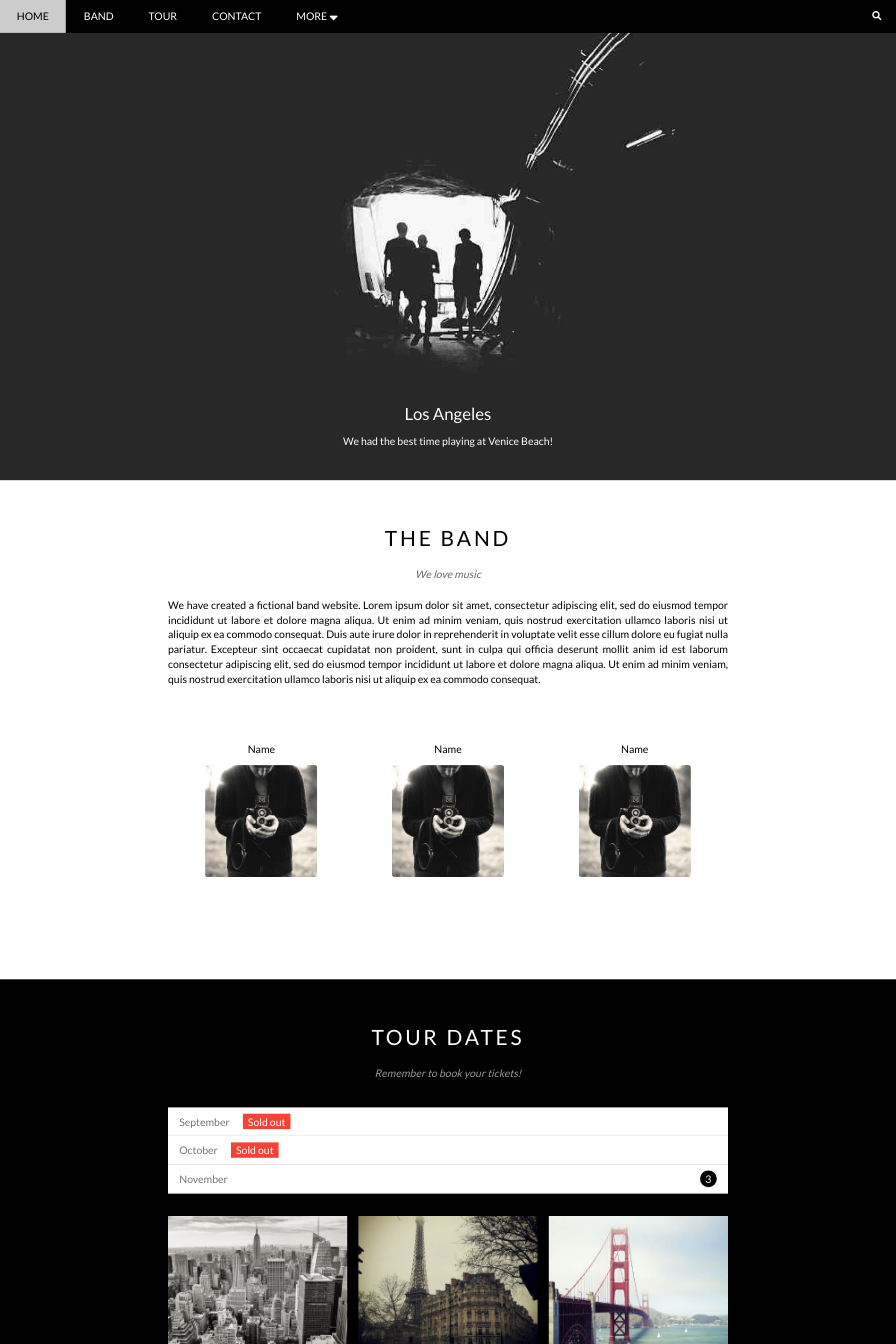
Repository: nguyenthaicong265/w3-band
Page: index.html
An editor plug-in stored every save of this project. The page is shown before and after the next save, followed by the edit.
The browser window is 1280 px wide. The pictures show the part of the page from y = 0 to 1920 px (the page is 3612 px tall before and 2956 px after), at 70% of full size.

Above is the page before, as saved 2022-01-05 01:43:25.

### index.html
<!DOCTYPE html>
<html lang="en">
<head>
    <meta charset="UTF-8">
    <meta http-equiv="X-UA-Compatible" content="IE=edge">
    <meta name="viewport" content="width=device-width, initial-scale=1.0">
    <title>The band</title>
    <link rel="stylesheet" href="./assets/css/styles.css">
    <link rel="stylesheet" href="https://fonts.googleapis.com/css?family=Lato">
    <link rel="stylesheet" href="./assets/font/themify-icons-font/themify-icons/themify-icons.css">
    <link rel="stylesheet" href="./assets/font/fontawesome-free-5.15.4-web/css/all.css">
</head>
<body>
    <div id="main">
        <div id="header">
            <ul id="nav">
                <li><a href="">Home</a></li>
                <li><a href="">Band</a></li>
                <li><a href="">Tour</a></li>
                <li><a href="">Contact</a></li>
                <li>
                    <a href="#">
                        More
                        <i class="fas fa-sort-down"></i>
                    </a>
                    <ul class="subnav">
                        <li><a href="#">Merchandise</a></li>
                        <li><a href="#">Extras</a></li>
                        <li><a href="#">Media</a></li>
                    </ul>
                </li>
            </ul>
            <div class="search-button">
                <i class="fas fa-search text-white"></i>
            </div>
        </div>

        <div id="slider">
            <div class="text-content text-white">
                <h2 class="text-head">Los Angeles
                </h2>
                <div class="text-description">We had the best time playing at Venice Beach!
                </div>
            </div>
        </div>

        <div id="content">
            <!-- About-section -->
            <div id="band" class="band-section">
                <div class="content-section">
                    <h2 class="section-heading">
                    THE BAND
                    </h2>
                    <p class="section-sub-heading">
                    We love music
                    </p>
                    <p class="about-text">We have created a fictional band website. Lorem ipsum dolor sit amet, consectetur adipiscing elit, sed do eiusmod tempor incididunt ut labore et dolore magna aliqua. Ut enim ad minim veniam, quis nostrud exercitation ullamco laboris nisi ut aliquip ex ea commodo consequat. Duis aute irure dolor in reprehenderit in voluptate velit esse cillum dolore eu fugiat nulla pariatur. Excepteur sint occaecat cupidatat non proident, sunt in culpa qui officia deserunt mollit anim id est laborum consectetur adipiscing elit, sed do eiusmod tempor incididunt ut labore et dolore magna aliqua. Ut enim ad minim veniam, quis nostrud exercitation ullamco laboris nisi ut aliquip ex ea commodo consequat.
                    </p>

                    <!-- Member -->
                    <div class="members-list">
                        <div class="member-item">
                            <p class="member-name">Name</p>
                            <img src="./assets/img/band/member1.jpg" alt="Name" class="member-avatar">
                        </div>

                        <div class="member-item">
                            <p class="member-name">Name</p>
                            <img src="./assets/img/band/member1.jpg" alt="Name" class="member-avatar">
                        </div>

                        <div class="member-item">
                            <p class="member-name">Name</p>
                            <img src="./assets/img/band/member1.jpg" alt="Name" class="member-avatar">
                        </div>
                    </div>
                </div>
            </div>

            <!-- Tour-section -->
            <div id="tour" class="tour-section">
                <div class="content-section">
                    <h2 class="section-heading text-white">
                    TOUR DATES
                    </h2>
                    <p class="section-sub-heading text-white">
                    Remember to book your tickets!
                    </p>

                    <!-- Tickets  -->
                    <ul class="tickets-list">
                        <li>September <span class="sold-out text-white">Sold out</span></li>
                        <li>October <span class="sold-out text-white">Sold out</span></li>
                        <li>November <span class="quantity text-white">3</span></li>
                    </ul>

                    <!-- Places -->
                    <div class="row places-list">
                        <div class="col col-third">
                            <img src="./assets/img/places/newyork.jpg" alt="New York" class="place-img">
                            <div class="place-body">
                                <h3 class="place-heading">
                                    New York
                                </h3>
                                <p class="place-time">
                                    Fri 27 Nov 2016
                                </p>
                                <p class="place-dsc">
                                    Praesent tincidunt sed tellus ut rutrum sed vitae justo.
                                </p>
                                <button class="btn js-buy-ticket">Buy Tickets</button>
                            </div>
                        </div>

                        <div class="col col-third">
                            <img src="./assets/img/places/paris.jpg" alt="Paris" class="place-img">
                            <div class="place-body">
                                <h3 class="place-heading">
                                    Paris
                                </h3>
                                <p class="place-time">
                                    Sat 28 Nov 2016
                                </p>
                                <p class="place-dsc">
                                    Praesent tincidunt sed tellus ut rutrum sed vitae justo.
                                </p>
                                <button class="btn js-buy-ticket">Buy Tickets</button>
                            </div>
                        </div>

                        <div class="col col-third">
                            <img src="./assets/img/places/sanfran.jpg" alt="San Francisco" class="place-img">
                            <div class="place-body">
                                <h3 class="place-heading">
                                    San Francisco
                                </h3>
                                <p class="place-time">
                                    Sun 29 Nov 2016
                                </p>
                                <p class="place-dsc">
                                    Praesent tincidunt sed tellus ut rutrum sed vitae justo.
                                </p>
                                <button class="btn js-buy-ticket">Buy Tickets</button>
                            </div>
                        </div>
                    </div>
                </div>
            </div>

            <!-- Begin: Contact-section -->
            <div id="contact" class="content-section">
                <h2 class="section-heading">
                CONTACT</h2>
                <p class="section-sub-heading">
                Fan? Drop a note!</p>
                <div class="row contact-content">
                    <div class="col col-half contact-info">
                        <p><i class="fas fa-map-marker-alt"></i>Chicago, US</p>
                        <p><i class="fas fa-phone-alt"></i>Phone: +00 151515</p>
                        <p><i class="fas fa-envelope"></i>Email: mail@mail.com</p>
                    </div>
                    <div class="col col-half contact-form">
                        <form action="">
                            <div class="row mt-8">
                                <div class="col col-half">
                                    <input type="text" name="" required placeholder="Name" id="" class="form-control">
                                </div>
                                <div class="col col-half">
                                    <input type="email" name="" required placeholder="Email" id="" class="form-control">
                                </div>
                            </div>
                            <div class="row mt-8">
                                <div class="col col-full">
                                    <input type="text" name="" required placeholder="Message" id="" class="form-control">
                                </div>
                            </div>
                            <input class="btn pull-right mt-16" type="submit" value="SEND">
                        </form>
                    </div>
                </div>
            </div>
            <!-- End: Contact-section -->


            <div class="map-section">
                <img src="./assets/img/map.jpg" alt="Map">
            </div>
        </div>

        <div id="footer">
            <div class="socials-list">
                <a href=""><i class="fab fa-facebook-square"></i></a>
                <a href=""><i class="fab fa-instagram"></i></a>
                <a href=""><i class="fab fa-snapchat"></i></a>
                <a href=""><i class="fab fa-pinterest-p"></i></a>
                <a href=""><i class="fab fa-twitter"></i></a>
                <a href=""><i class="fab fa-linkedin-in"></i></a>
            </div>
            <p class="copyright">Powered by <a href="">w3.css</a></p>
        </div>
    </div>
    <div class="modal js-modal">
         <div class="modal-contaner js-modal-container">
             <div class="modal-close js-modal-close">
                <i class="fas fa-times"></i>
             </div>

             <div class="modal-header text-white">
                <i class="fas fa-suitcase"></i> Tickets
             </div>

             <div class="modal-body">
                <label for="ticket-quantity" class="modal-label">
                    <i class="fas fa-shopping-cart"></i>
                    Tickets, $15 per person
                 </label>
                 <input type="text" id="ticket-quantity" class="modal-input" placeholder="How many?">

                 <label for="ticket-email" class="modal-label">
                    <i class="fas fa-user"></i>
                    Send To
                 </label>
                 <input type="text" id="ticket-email" class="modal-input" placeholder="Enter email">

                <button id="buy-ticket">
                    Pay
                    <i class="fas fa-check"></i>
                </button>
             </div>

             <div class="modal-footer">
                 <p class="modal-help">
                     Need <a href="">help?</button>
                 </p>
             </div>
         </div>
    </div>

    <script>
        const buyBtns = document.querySelectorAll('.js-buy-ticket')
        const modal = document.querySelector('.js-modal')
        const modalContainer = document.querySelector('.js-modal-container')
        const modalClose = document.querySelector('.js-modal-close')

        // Hàm hiển thị modal mua vé
        function showBuyTickets() {
            modal.classList.add('open')
        }

        // Hàm ẩn modal mua vé
        function closeBuyTickets() {
            modal.classList.remove('open')
        }

        // Lắng nghe click vào từng button Buy Ticket
        for (const buyBtn of buyBtns) {
            buyBtn.addEventListener('click', showBuyTickets)
        }

        // Lắng nghe click vào button close
        modalClose.addEventListener('click', closeBuyTickets)

        // Lắng nghe click vào modal
        modal.addEventListener('click', closeBuyTickets)

        // Lắng nghe click vào container
        modalContainer.addEventListener('click', function(event) {
            event.stopPropagation()
        })
    </script>
</body>
</html>

### assets/css/styles.css
/* Reset CSS */
* {
    padding: 0;
    margin: 0;
    box-sizing: border-box;
}

html {
    font-family: "Lato", sans-serif;
    font-size: 62.5%;
}

/* Common */
.clear {
    clear: both;
}

.text-white {
    color: #ffff !important;
}

.row {
    margin-left: -8px;
    margin-right: -8px;
    overflow: hidden;
}

.col {
    float: left;
    padding-left: 8px;
    padding-right: 8px;
}

.col-third {
    width: 33.33333%;
}

.col-half {
    width: 50%;
}

.col-full {
    width: 100%;
}

.mt-8 {
    margin-top: 8px;
}

.mt-16 {
    margin-top: 16px;
}

.btn {
    display: inline-block;
    font-size: 15px;
    color: #ffff;
    background-color: #000;
    text-decoration: none;
    padding: 8px 16px;
    margin-top: 16px;
    border: 0px;
    cursor: pointer;
}

.btn:hover {
    color: #000;
    background-color: #ccc;
}

.pull-right {
    float: right;
    overflow: hidden;
}

/* Main */

#main {

}

#header {
    position: fixed;
    top: 0;
    left: 0;
    right: 0;
    height: 46.5px;
    background-color: #000000;
    z-index: 1;
}

#header .search-button {
    float: right;
    padding: 0 21px;
}

#header .search-button:hover {
    cursor: pointer;
    background-color: #f44336!important;
}

#header .fa-search {
    font-size: 13px;
    line-height: 46px;
}

#nav, .subnav {
    display: inline-block;
    list-style-type: none;
}

#nav > li {
    display: inline-block;
}

#nav li {
    position: relative;
}

#nav > li > a {
    color: #ffffff;
    text-transform: uppercase;
}

#nav li a {
    text-decoration: none;
    line-height: 46.5px;
    padding: 0px 24px;
    font-size: 1.5rem;
    display: block;
}

#nav .fa-sort-down {
    font-size: 20px;
}

#nav li:hover .subnav {
    display: block;

}

#nav > li:hover > a,
#nav .subnav li:hover a {
    color: #000 !important;
    background-color: #ccc !important;
}

#nav .subnav {
    display: none;
    position: absolute;
    min-width: 160px;
    top: 46.5px;
    background-color: #ffffff;
    box-shadow: 0 0 10px rgba(0, 0, 0, 0.3);
}

#nav .subnav a {
    color: #000;
    padding: 0 12px;
    line-height: 38px;
}

#slider {
    position: relative;
    margin-top: 46px;
    padding-top: 50%;
    background: url(/assets/img/slider/slider1.jpg) top center / cover no-repeat;
}

#slider .text-content {
    position: absolute;
    bottom: 48px;
    width: 100%;
    text-align: center;
}

#slider .text-head {
    font-weight: 100;
    font-size: 24px;
    margin-bottom: 10px;
}
#slider .text-description {
    font-size: 15px;
    margin-top: 15px;
}

#content {
}

#content .content-section {
    width: 800px;
    padding: 64px 0 112px ;
    margin-left: auto;
    margin-right: auto;
}

#content .section-heading {
    font-size: 30px;
    font-weight: 400;
    letter-spacing: 4px;
    text-align: center;
}

#content .section-sub-heading {
    font-size: 15px;
    font-style: italic;
    text-align: center;
    opacity: 0.6;
    margin-top: 25px;
}

#content .about-text {
    text-align: justify;
    font-size: 15px;
    margin-top: 25px;
    line-height: 1.4;
}

#content .members-list {
    margin-top: 48px;
    overflow: hidden;
    padding-top: 32px !important;
    padding-bottom: 32px !important;
}

#content .member-item {
    float: left;
    width: 33.333333%;
    text-align: center;
}

#content .member-name {
    font-size: 15px;


}

#content .member-avatar {
    width: 60%;
    margin-top: 15px;
    border-radius: 4px;
}

.tour-section {
    background-color: #000;
    width: 100%;
}

.tickets-list {
    background-color: #ffffff;
    margin-top: 40px;
    list-style-type: none;
}

.tickets-list li {
    font-size: 15px;
    padding: 11px 16px;
    border-bottom: 1px solid #dddd;
    color: #757575;
}

.tickets-list .sold-out {
    background-color: #f44336!important;
    padding: 2px 7px;
    margin-left: 16px;
}

.tickets-list .quantity {
    float: right;
    width: 24px;
    height: 24px;
    background-color: #000;
    border-radius: 50%;
    line-height: 24px;
    text-align: center;
    margin-top: -3px;
}

.places-list {
    margin-top: 32px;
    overflow: hidden;
}

.place-img {
    display: block;
    width: 100%;
}

.place-img:hover {
    opacity: 0.6;
}

.place-body {
    background-color: #ffff;
    padding: 16px;
}

.place-heading {
    font-size: 15px;
    font-weight: bolder;
    margin-bottom: 15px;
}

.place-time {
    font-size: 15px;
    opacity: 0.6;
    margin-bottom: 15px;
}

.place-dsc {
    font-size: 15px;
    margin-bottom: 15px;
}

.fas {
    display: inline-block;
}

.contact-content {
    margin-top: 48px;
}

.contact-info {
    font-size: 18px;
    line-height: 1.4;
}

.contact-info .fas {
    width: 30px;
}

.contact-form {
    font-size: 15px;
}

.contact-form .form-control {
    padding: 11px;
    border: 1px solid #ccc;
    width: 100%;
}

/* Map section */
.map-section img {
    width: 100%;
}

/* Footer section */
#footer {
    padding: 64px 16px;
    text-align: center;
    font-size: 15px;

}

#footer .socials-list {
    font-size: 24px;
}

#footer .socials-list a {
    color: #000;
    opacity: 0.5;
    text-decoration: none;
}

#footer .socials-list a:hover {
    opacity: 0.3;
}

#footer .copyright {
    margin: 15px 0;
    color: #000;
    opacity: 0.5;
}

#footer .copyright a {
    color: #000 !important;
}

.modal {
    position: fixed;
    top: 0;
    right: 0;
    bottom: 0;
    left: 0;
    background: rgba(0, 0, 0, 0.4);
    align-items: center;
    justify-content: center;
    display: none;
}

.modal.open {
    display: flex;
}

.modal-contaner {
    background: #fff;
    width: 900px;
    max-width: calc(100% - 32px);
    min-height: 200px;
    position: relative;
    animation: modalFadeIn ease 0.5s;
}

.modal-close {
    position: absolute;
    right: 0;
    top: 0;
    padding: 15px;
    cursor: pointer;
    color: #fff;
    font-size: 15px;
}

.modal-close:hover {
    background-color: #ccc;
    color: #000;
}

.modal-header {
    background-color: #009688;
    height: 130px;
    display: flex;
    align-items: center;
    justify-content: center;
    font-size: 30px;
    letter-spacing: 5px;
}

.modal-header .fa-suitcase {
    margin-right: 15px;
}

.modal-body {
    padding: 15px;

}

.modal-body .modal-label {
    display: block;
    font-size: 15px;
    opacity: 0.8;
}

.modal-body .modal-input {
    border: 1px solid #ccc;
    padding: 8px;
    margin: 15px 0;
    width: 100%;
    font-size: 15px;
}

#buy-ticket {
    background-color: #009688;
    color: #fff;
    font-size: 15px;
    padding: 15px;
    width: 100%;
    border: 0px;
}

#buy-ticket:hover {
    background-color: #ccc;
    color: #000;
}

.modal-footer {
    padding: 16px;
    text-align: right;
    font-size: 15px;
}

.modal-help {
    top: 0;
    right: 0;
}

.modal-help a {
    color: #2196F3;
}

@keyframes modalFadeIn {
    from {
        opacity: 0;
        transform: translateY(-100px);
    }
    to {
        opacity: 1;
        transform: translateY(0px);
    }
}

Loaded but not shown: assets/font/themify-icons-font/themify-icons/themify-icons.css (common file); assets/font/fontawesome-free-5.15.4-web/css/all.css (library)

After the next save:
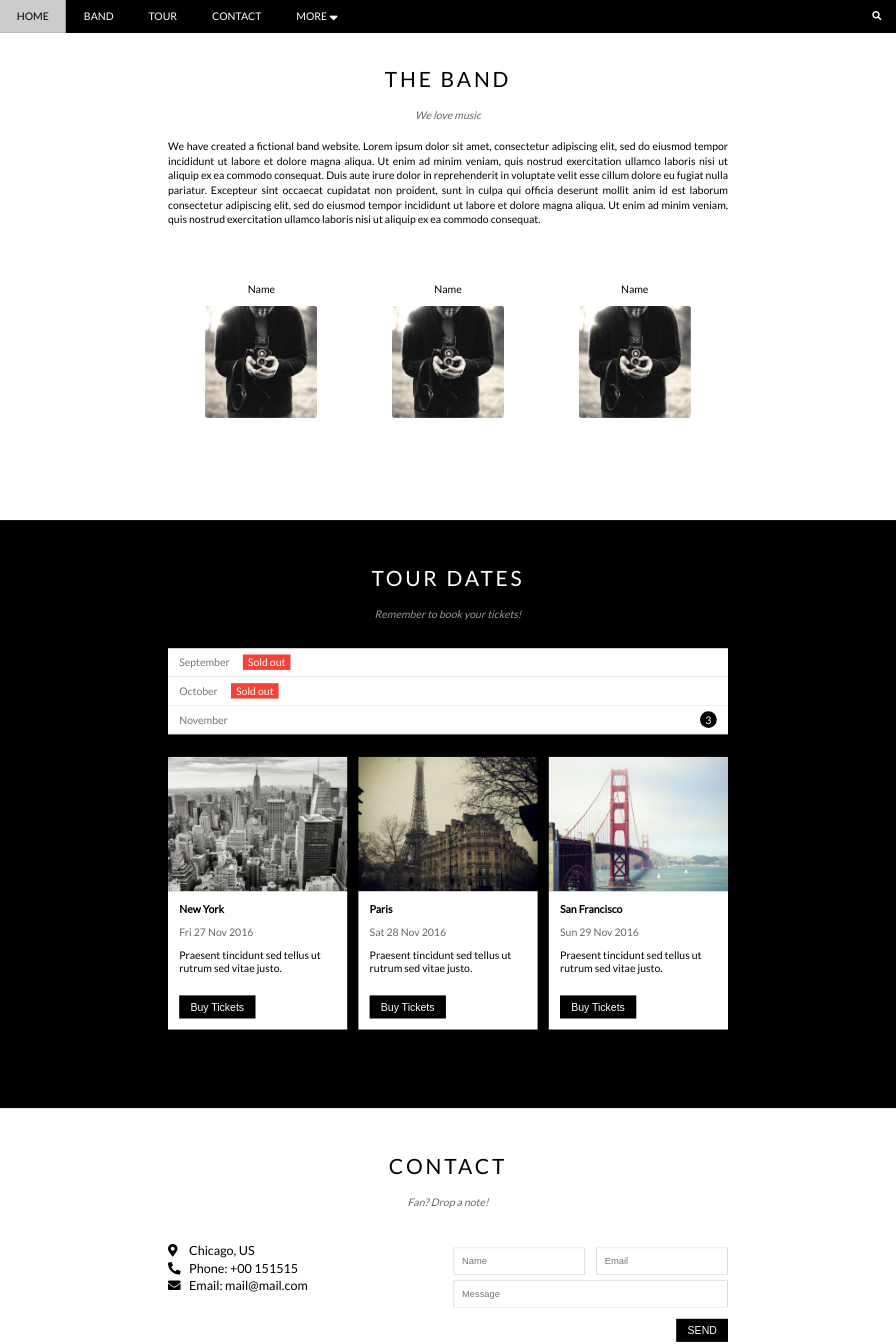
Saved 39 s later.
--- a/index.html
+++ b/index.html
@@ -35,7 +35,7 @@
             </div>
         </div>
 
-        <div id="slider">
+        <div id="home slider">
             <div class="text-content text-white">
                 <h2 class="text-head">Los Angeles
                 </h2>

After the save that followed:
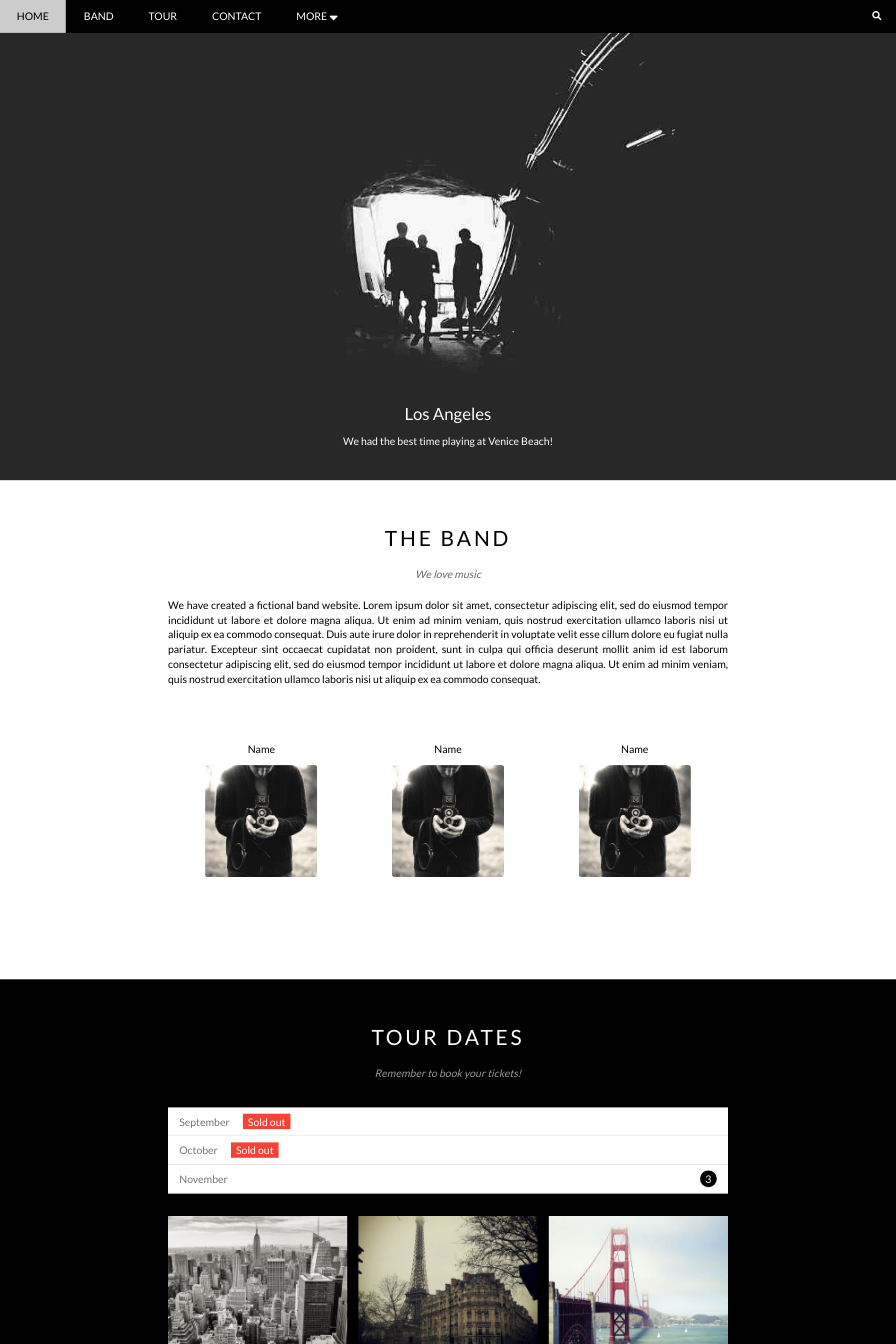
Saved 65 s later.
--- a/index.html
+++ b/index.html
@@ -14,7 +14,7 @@
     <div id="main">
         <div id="header">
             <ul id="nav">
-                <li><a href="">Home</a></li>
+                <li><a href="#">Home</a></li>
                 <li><a href="">Band</a></li>
                 <li><a href="">Tour</a></li>
                 <li><a href="">Contact</a></li>
@@ -35,7 +35,7 @@
             </div>
         </div>
 
-        <div id="home slider">
+        <div id="slider">
             <div class="text-content text-white">
                 <h2 class="text-head">Los Angeles
                 </h2>
